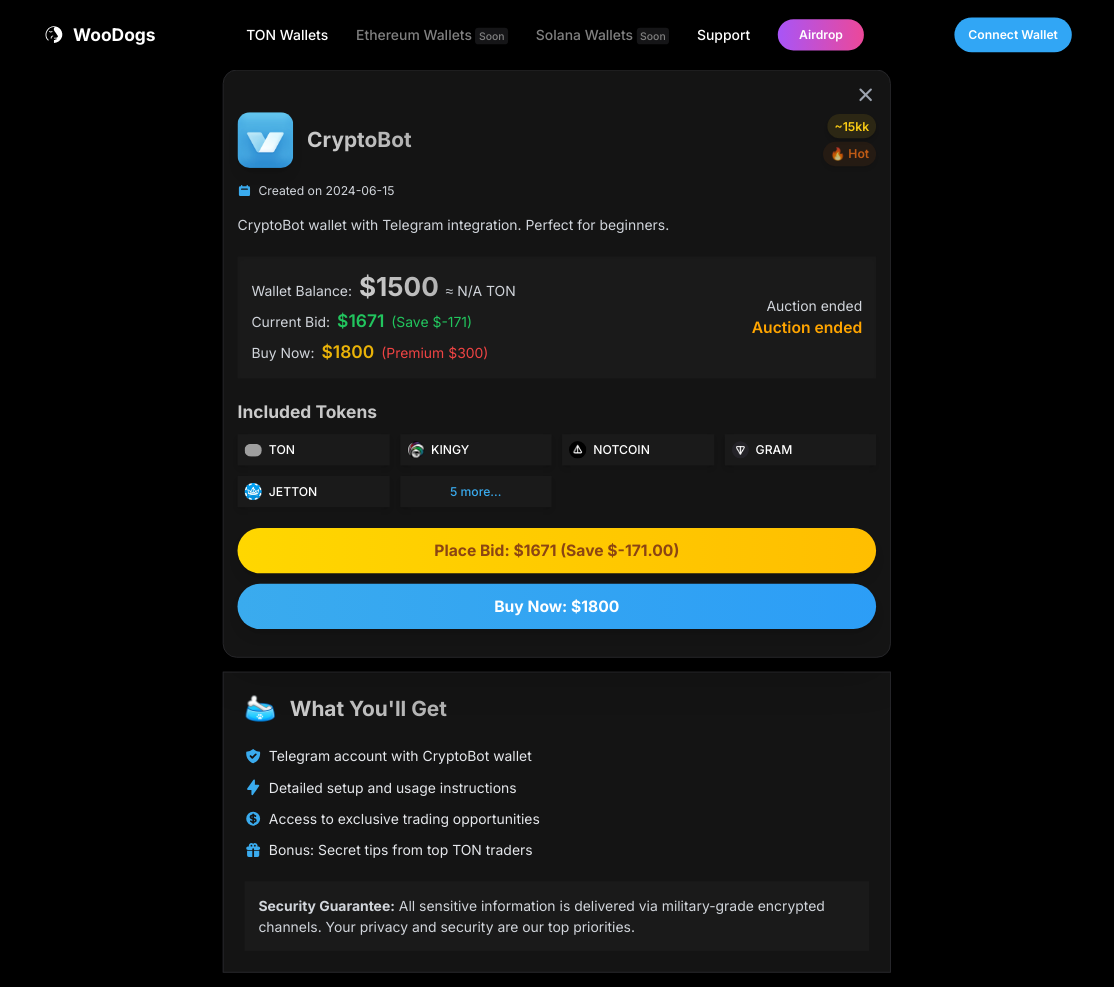
Repository: itititi/woofdogs_off
Page: /wallet/cryptobot-1
The author's editor kept a copy of each file at every save. The page is drawn from the files as they stood at one save, then again after the next save.
The browser window is 1280 px wide. The pictures show the whole page, at 87% of full size.
Pictures or frames that could not be fetched are drawn as grey boxes. The page's requests for data from a server got no answer. The project was rebuilt for these pictures with package versions that can differ from the ones it lists, and the page was loaded fresh each time. The framework's server and built-in components were replaced by stand-ins that run in the browser. No one was signed in, and anything a server would have sent is missing. Also part of the build but not shown: next.config.mjs.

Above is the page before, as saved 2024-10-25 22:46:20.

### src/app/layout.tsx
import type { Metadata } from "next";
import { Inter } from "next/font/google";
import "./globals.css";
import { SearchProvider } from '@/components/SearchContext';
import { LanguageProvider } from '@/contexts/LanguageContext';

const inter = Inter({ subsets: ["latin"] });

export const metadata: Metadata = {
  title: "WooDogs",
  description: "Buy and sell TON wallets",
};

export default function RootLayout({
  children,
}: Readonly<{
  children: React.ReactNode;
}>) {
  return (
    <html lang="en" className="bg-black">
      <head>
        <link rel="preload" href="/dogs.gif" as="image" />
        <link rel="preload" href="/invite.gif" as="image" />
        <link rel="preload" href="/flag.gif" as="image" />
        <link rel="preload" href="/history.gif" as="image" />
        <link rel="preload" href="/inside.gif" as="image" />
        <link rel="preload" href="/notfound.gif" as="image" />
        <link rel="preload" href="/dogs.webp" as="image" />
        <link rel="preload" href="/invite.webp" as="image" />
        <link rel="preload" href="/success.gif" as="image" />
      </head>
      <body className={`${inter.className} bg-black text-white min-h-screen overflow-x-hidden`}>
        <LanguageProvider>
          <SearchProvider>
            <div className="bg-black min-h-screen flex flex-col">
              {children}
            </div>
          </SearchProvider>
        </LanguageProvider>
      </body>
    </html>
  );
}

### src/app/wallet/[id]/page.tsx
'use client';

import React, { useEffect, useState, useMemo } from 'react';
import Image from 'next/image';
import { getWalletData } from '@/data/getWalletData';
import { useRouter } from 'next/navigation';
import Header from '@/components/Header';
import WalletSkeleton from '@/components/WalletSkeleton';
import { WalletOffer } from '@/data/walletOffers';

interface WalletPageProps {
  params: {
    id: string;
  };
}

const getWalletContents = (walletName: string) => {
  switch (walletName) {
    case 'CryptoBot':
      return "Telegram account with CryptoBot wallet";
    case 'TON Wallet':
      return "TON Wallet account";
    case 'TON Space':
      return "Seed phrases for TON Space wallet";
    default:
      return "Wallet account details";
  }
};

export default function WalletPage({ params }: WalletPageProps) {
  const [wallet, setWallet] = useState<WalletOffer | null>(null);
  const [tonAmount, setTonAmount] = useState<string>('N/A');
  const [isLoading, setIsLoading] = useState(true);
  const router = useRouter();
  const [timeLeft, setTimeLeft] = useState<string>('');
  const [isAuctionEnded, setIsAuctionEnded] = useState(false);
  const [bidPrice, setBidPrice] = useState<number | null>(null);
  const [blitzPrice, setBlitzPrice] = useState<number | null>(null);

  const additionalTokensCount = useMemo(() => {
    if (!wallet) return 5;
    // Используем id кошелька для генерации псевдослучайного числа
    const seed = params.id.split('').reduce((acc, char) => acc + char.charCodeAt(0), 0);
    return 5 + (seed % 6); // Генерируем число от 5 до 10
  }, [params.id, wallet]);

  const auctionEndTime = useMemo(() => {
    if (typeof window === 'undefined') return 0;
    const storedEndTime = localStorage.getItem(`auctionEndTime_${params.id}`);
    if (storedEndTime) {
      return parseInt(storedEndTime, 10);
    }
    // Если нет сохраненного времени, генерируем новое
    const seed = params.id.split('').reduce((acc, char) => acc + char.charCodeAt(0), 0);
    const random = Math.sin(seed) * 10000;
    const hours = Math.floor(random % 48); // От 0 до 47 часов
    const endTime = Date.now() + hours * 3600000;
    localStorage.setItem(`auctionEndTime_${params.id}`, endTime.toString());
    return endTime;
  }, [params.id]);

  useEffect(() => {
    const fetchData = async () => {
      setIsLoading(true);
      const walletData = await getWalletData(params.id);
      if (!walletData) {
        router.push('/404');
        return;
      }
      setWallet(walletData);

      const storedBidPrice = localStorage.getItem(`bidPrice_${params.id}`);
      if (storedBidPrice) {
        setBidPrice(parseFloat(storedBidPrice));
      } else {
        const newBidPrice = Math.round(walletData.priceUSD * (1.05 + Math.random() * 0.1)); // 105-115% от priceUSD
        setBidPrice(newBidPrice);
        localStorage.setItem(`bidPrice_${params.id}`, newBidPrice.toString());
      }

      try {
        const response = await fetch('https://api.coingecko.com/api/v3/simple/price?ids=the-open-network&vs_currencies=usd');
        const data = await response.json();
        const tonPrice = data['the-open-network'].usd;
        setTonAmount((walletData.priceUSD / tonPrice).toFixed(2));
      } catch (error) {
        console.error('Error fetching TON price:', error);
      }

      // Генерация цен
      const basePrice = walletData.priceUSD;
      setBlitzPrice(Math.round(basePrice * 1.2)); // Блиц-цена еще выше

      setIsLoading(false);
    };

    fetchData();
  }, [params.id, router]);

  useEffect(() => {
    const updateTimer = () => {
      const now = Date.now();
      const difference = auctionEndTime - now;

      if (difference <= 0) {
        setIsAuctionEnded(true);
        setTimeLeft('Auction ended');
      } else {
        const hours = Math.floor((difference / (1000 * 60 * 60)) % 24);
        const minutes = Math.floor((difference / 1000 / 60) % 60);
        const seconds = Math.floor((difference / 1000) % 60);
        setTimeLeft(`${hours.toString().padStart(2, '0')}:${minutes.toString().padStart(2, '0')}:${seconds.toString().padStart(2, '0')}`);
        setIsAuctionEnded(false);
      }
    };

    updateTimer();
    const timer = setInterval(updateTimer, 1000);

    return () => clearInterval(timer);
  }, [auctionEndTime]);

  const handleClose = () => {
    router.push('/');
  };

  if (isLoading) {
    return <WalletSkeleton />;
  }

  if (!wallet) {
    return null;
  }

  const walletContents = getWalletContents(wallet.name);

  return (
    <div className="min-h-screen bg-black text-white flex flex-col">
      <Header />
      <main className="flex-grow py-4 px-4 mt-16 overflow-y-auto">
        <div className="max-w-3xl mx-auto">
          <div className="bg-[#141414] rounded-2xl overflow-hidden shadow-2xl p-4 mb-4 border border-[#2A2A2E] relative">
            <div className="flex justify-end mb-2">
              <button
                onClick={handleClose}
                className="text-gray-400 hover:text-white transition-colors duration-200"
              >
                <svg xmlns="http://www.w3.org/2000/svg" className="h-6 w-6" viewBox="0 0 20 20" fill="currentColor">
                  <path fillRule="evenodd" d="M4.293 4.293a1 1 0 011.414 0L10 8.586l4.293-4.293a1 1 0 111.414 1.414L11.414 10l4.293 4.293a1 1 0 01-1.414 1.414L10 11.414l-4.293 4.293a1 1 0 01-1.414-1.414L8.586 10 4.293 5.707a1 1 0 010-1.414z" clipRule="evenodd" />
                </svg>
              </button>
            </div>
            <div className="flex items-center justify-between mb-4">
              <div className="flex items-center">
                <div className="w-16 h-16 rounded-[22%] overflow-hidden mr-4 shadow-lg">
                  <Image src={wallet.icon} alt={wallet.name} width={64} height={64} className="object-cover" />
                </div>
                <h1 className="text-2xl font-bold titanium-gradient">{wallet.name}</h1>
              </div>
              <div className="flex flex-col items-end">
                <span className="text-yellow-400 font-semibold text-sm bg-yellow-400/10 px-2 py-1 rounded-full shadow-md mb-1">
                  {wallet.priceRange}
                </span>
                {wallet.isHot ? (
                  <span className="text-orange-500 font-semibold text-sm bg-orange-500/10 px-2 py-1 rounded-full shadow-md animate-pulse">
                    🔥 Hot
                  </span>
                ) : (
                  <span className="text-green-500 font-semibold text-sm bg-green-500/10 px-2 py-1 rounded-full shadow-md">
                    🐸 Cool
                  </span>
                )}
              </div>
            </div>

            <div className="flex items-center text-gray-300 mb-4">
              <svg xmlns="http://www.w3.org/2000/svg" className="h-4 w-4 mr-2 text-[#3AABEE]" viewBox="0 0 20 20" fill="currentColor">
                <path fillRule="evenodd" d="M6 2a1 1 0 00-1 1v1H4a2 2 0 00-2 2v10a2 2 0 002 2h12a2 2 0 002-2V6a2 2 0 00-2-2h-1V3a1 1 0 10-2 0v1H7V3a1 1 0 00-1-1zm0 5a1 1 0 000 2h8a1 1 0 100-2H6z" clipRule="evenodd" />
              </svg>
              <span className="text-sm">Created on {wallet.createdAt}</span>
            </div>

            <p className="text-gray-300 text-base mb-6 leading-relaxed">{wallet.description}</p>

            <div className="flex flex-col sm:flex-row sm:justify-between sm:items-center mb-6 bg-[#1A1A1A] p-4 rounded-lg shadow-inner">
              <div className="mb-2 sm:mb-0">
                <div className="mb-2">
                  <span className="text-sm sm:text-base text-gray-300">Wallet Balance:</span>
                  <span className="text-2xl sm:text-3xl font-bold titanium-gradient ml-2">${wallet.priceUSD}</span>
                  <span className="text-sm sm:text-base text-gray-300 ml-2">
                    ≈ {tonAmount} TON
                  </span>
                </div>
                <div className="mb-2">
                  <span className="text-sm sm:text-base text-gray-300">Current Bid:</span>
                  <span className="text-lg sm:text-xl font-semibold text-green-500 ml-2">${bidPrice}</span>
                  <span className="text-sm sm:text-base text-green-500 ml-2">
                    (Save ${wallet.priceUSD - bidPrice})
                  </span>
                </div>
                <div>
                  <span className="text-sm sm:text-base text-gray-300">Buy Now:</span>
                  <span className="text-lg sm:text-xl font-semibold text-yellow-500 ml-2">${blitzPrice}</span>
                  <span className="text-sm sm:text-base text-red-500 ml-2">
                    (Premium ${blitzPrice - wallet.priceUSD})
                  </span>
                </div>
              </div>
              <div className="flex flex-col items-start sm:items-end">
                <span className="text-gray-300 text-sm sm:text-base">
                  {isAuctionEnded ? 'Auction ended' : 'Auction ends in:'}
                </span>
                <span className="font-semibold text-base sm:text-lg text-[#FFA500]">
                  {timeLeft}
                </span>
              </div>
            </div>

            {/* Tokens list */}
            <div className="mb-6">
              <h3 className="text-lg sm:text-xl font-bold titanium-gradient mb-3">Included Tokens</h3>
              <div className="grid grid-cols-3 sm:grid-cols-4 gap-2 sm:gap-3">
                {wallet.tokens.map((tokenData, index) => (
                  <div key={index} className="bg-[#1A1A1A] rounded-lg p-2 flex items-center shadow-md">
                    <Image
                      src={tokenData.token.logo}
                      alt={tokenData.token.name}
                      width={20}
                      height={20}
                      className="rounded-full mr-2"
                    />
                    <span className="font-medium text-xs sm:text-sm">{tokenData.token.symbol}</span>
                  </div>
                ))}
                <div className="bg-[#1A1A1A] rounded-lg p-2 flex items-center justify-center shadow-md">
                  <span className="font-medium text-xs sm:text-sm text-[#3AABEE]">
                    {additionalTokensCount} more...
                  </span>
                </div>
              </div>
            </div>

            <div className="flex flex-col gap-3 mb-4">
              <button
                className="w-full bg-gradient-to-r from-[#FFD700] to-[#FFA500] text-[#8B4513] text-lg font-bold py-3 px-6 rounded-full hover:brightness-110 transition-all duration-300 shadow-lg hover:shadow-xl"
              >
                Place Bid: ${bidPrice ?? 'N/A'} {bidPrice !== null && `(Save $${(wallet.priceUSD - bidPrice).toFixed(2)})`}
              </button>
              <button
                className="w-full bg-gradient-to-r from-[#3AABEE] to-[#1E90FF] text-white text-lg font-bold py-3 px-6 rounded-full hover:brightness-110 transition-all duration-300 shadow-lg hover:shadow-xl"
              >
                Buy Now: ${blitzPrice ?? 'N/A'}
              </button>
            </div>
          </div>

          {/* Card for wallet contents */}
          <div className="bg-[#141414] rounded-lg overflow-hidden shadow-2xl p-4 sm:p-6 border border-[#2A2A2E]">
            <div className="flex items-center mb-4 sm:mb-6">
              <Image
                src="/inside.gif"
                alt="What's Inside"
                width={36}
                height={36}
                className="mr-3 sm:mr-4"
              />
              <h2 className="text-xl sm:text-2xl font-bold titanium-gradient">What You'll Get</h2>
            </div>
            <ul className="space-y-3 text-gray-200 text-sm sm:text-base mb-6">
              <li className="flex items-center">
                <svg xmlns="http://www.w3.org/2000/svg" className="h-5 w-5 mr-2 text-[#3AABEE]" viewBox="0 0 20 20" fill="currentColor">
                  <path fillRule="evenodd" d="M2.166 4.999A11.954 11.954 0 0010 1.944 11.954 11.954 0 0017.834 5c.11.65.166 1.32.166 2.001 0 5.225-3.34 9.67-8 11.317C5.34 16.67 2 12.225 2 7c0-.682.057-1.35.166-2.001zm11.541 3.708a1 1 0 00-1.414-1.414L9 10.586 7.707 9.293a1 1 0 00-1.414 1.414l2 2a1 1 0 001.414 0l4-4z" clipRule="evenodd" />
                </svg>
                <span>{walletContents}</span>
              </li>
              <li className="flex items-center">
                <svg xmlns="http://www.w3.org/2000/svg" className="h-5 w-5 mr-2 text-[#3AABEE]" viewBox="0 0 20 20" fill="currentColor">
                  <path fillRule="evenodd" d="M11.3 1.046A1 1 0 0112 2v5h4a1 1 0 01.82 1.573l-7 10A1 1 0 018 18v-5H4a1 1 0 01-.82-1.573l7-10a1 1 0 011.12-.38z" clipRule="evenodd" />
                </svg>
                <span>Detailed setup and usage instructions</span>
              </li>
              <li className="flex items-center">
                <svg xmlns="http://www.w3.org/2000/svg" className="h-5 w-5 mr-2 text-[#3AABEE]" viewBox="0 0 20 20" fill="currentColor">
                  <path d="M8.433 7.418c.155-.103.346-.196.567-.267v1.698a2.305 2.305 0 01-.567-.267C8.07 8.34 8 8.114 8 8c0-.114.07-.34.433-.582zM11 12.849v-1.698c.22.071.412.164.567.267.364.243.433.468.433.582 0 .114-.07.34-.433.582a2.305 2.305 0 01-.567.267z" />
                  <path fillRule="evenodd" d="M10 18a8 8 0 100-16 8 8 0 000 16zm1-13a1 1 0 10-2 0v.092a4.535 4.535 0 00-1.676.662C6.602 6.234 6 7.009 6 8c0 .99.602 1.765 1.324 2.246.48.32 1.054.545 1.676.662v1.941c-.391-.127-.68-.317-.843-.504a1 1 0 10-1.51 1.31c.562.649 1.413 1.076 2.353 1.253V15a1 1 0 102 0v-.092a4.535 4.535 0 001.676-.662C13.398 13.766 14 12.991 14 12c0-.99-.602-1.765-1.324-2.246A4.535 4.535 0 0011 9.092V7.151c.391.127.68.317.843.504a1 1 0 101.511-1.31c-.563-.649-1.413-1.076-2.354-1.253V5z" clipRule="evenodd" />
                </svg>
                <span>Access to exclusive trading opportunities</span>
              </li>
              <li className="flex items-center">
                <svg xmlns="http://www.w3.org/2000/svg" className="h-5 w-5 mr-2 text-[#3AABEE]" viewBox="0 0 20 20" fill="currentColor">
                  <path fillRule="evenodd" d="M5 5a3 3 0 015-2.236A3 3 0 0114.83 6H16a2 2 0 110 4h-5V9a1 1 0 10-2 0v1H4a2 2 0 110-4h1.17C5.06 5.687 5 5.35 5 5zm4 1V5a1 1 0 10-1 1h1zm3 0a1 1 0 10-1-1v1h1z" clipRule="evenodd" />
                  <path d="M9 11H3v5a2 2 0 002 2h4v-7zM11 18h4a2 2 0 002-2v-5h-6v7z" />
                </svg>
                <span>Bonus: Secret tips from top TON traders</span>
              </li>
            </ul>
            <p className="text-gray-300 text-sm sm:text-base bg-[#1A1A1A] p-3 sm:p-4 rounded-lg">
              <strong>Security Guarantee:</strong> All sensitive information is delivered via military-grade encrypted channels. Your privacy and security are our top priorities.
            </p>
          </div>
        </div>
      </main>
      <style jsx global>{`
        .titanium-gradient {
          background: linear-gradient(
            45deg,
            #E8E8E8,
            #D3D3D3,
            #BEBEBE,
            #A9A9A9
          );
          background-size: 200% 200%;
          -webkit-background-clip: text;
          background-clip: text;
          color: transparent;
          animation: titanium 10s ease infinite;
        }

        @keyframes titanium {
          0% {
            background-position: 0% 50%;
          }
          50% {
            background-position: 100% 50%;
          }
          100% {
            background-position: 0% 50%;
          }
        }
      `}</style>
    </div>
  );
}

### src/components/SearchContext.tsx
'use client';

import React, { createContext, useState, useContext, ReactNode } from 'react';

interface SearchContextType {
  searchTerm: string;
  setSearchTerm: (term: string) => void;
}

const SearchContext = createContext<SearchContextType | undefined>(undefined);

export const SearchProvider: React.FC<{ children: ReactNode }> = ({ children }) => {
  const [searchTerm, setSearchTerm] = useState('');

  return (
    <SearchContext.Provider value={{ searchTerm, setSearchTerm }}>
      {children}
    </SearchContext.Provider>
  );
};

export const useSearch = () => {
  const context = useContext(SearchContext);
  if (context === undefined) {
    throw new Error('useSearch must be used within a SearchProvider');
  }
  return context;
};

### src/data/getWalletData.ts
import { finalWalletOffers, WalletOffer } from './walletOffers';

export async function getWalletData(id: string): Promise<WalletOffer | null> {
  // Имитация задержки запроса к API
  await new Promise(resolve => setTimeout(resolve, 100));

  const wallet = finalWalletOffers.find(offer => offer.id === id);
  return wallet || null;
}

### src/data/tonTokens.ts
export interface TonToken {
  symbol: string;
  name: string;
  logo: string;
}

export const tonTokens: TonToken[] = [
  { symbol: 'TON', name: 'Toncoin', logo: 'https://ton.org/download/ton_symbol.png' },
  { symbol: 'KINGY', name: 'Kingycoin', logo: 'https://placehold.co/32x32?text=KINGY' },
  { symbol: 'NOTCOIN', name: 'Notcoin', logo: 'https://placehold.co/32x32?text=NOTCOIN' },
  { symbol: 'BOLT', name: 'Bolt', logo: 'https://placehold.co/32x32?text=BOLT' },
  { symbol: 'GRAM', name: 'Gram', logo: 'https://placehold.co/32x32?text=GRAM' },
  { symbol: 'JETTON', name: 'Jetton', logo: 'https://placehold.co/32x32?text=JETTON' },
  { symbol: 'TONEX', name: 'TonEx', logo: 'https://placehold.co/32x32?text=TONEX' },
  { symbol: 'SCALE', name: 'Scale', logo: 'https://placehold.co/32x32?text=SCALE' },
  { symbol: 'ORBIT', name: 'Orbit', logo: 'https://placehold.co/32x32?text=ORBIT' },
  { symbol: 'TEGRO', name: 'Tegro', logo: 'https://placehold.co/32x32?text=TEGRO' },
  // Добавьте еще токены по необходимости
];

Loaded but not shown: src/components/Header.tsx (211 lines, source omitted); src/app/globals.css (349 lines, source omitted); src/data/walletOffers.ts (183 lines, source omitted); src/components/WalletSkeleton.tsx (77 lines, source omitted); tailwind.config.ts (82 lines, source omitted); src/contexts/LanguageContext.tsx (43 lines, source omitted)

After the next save:
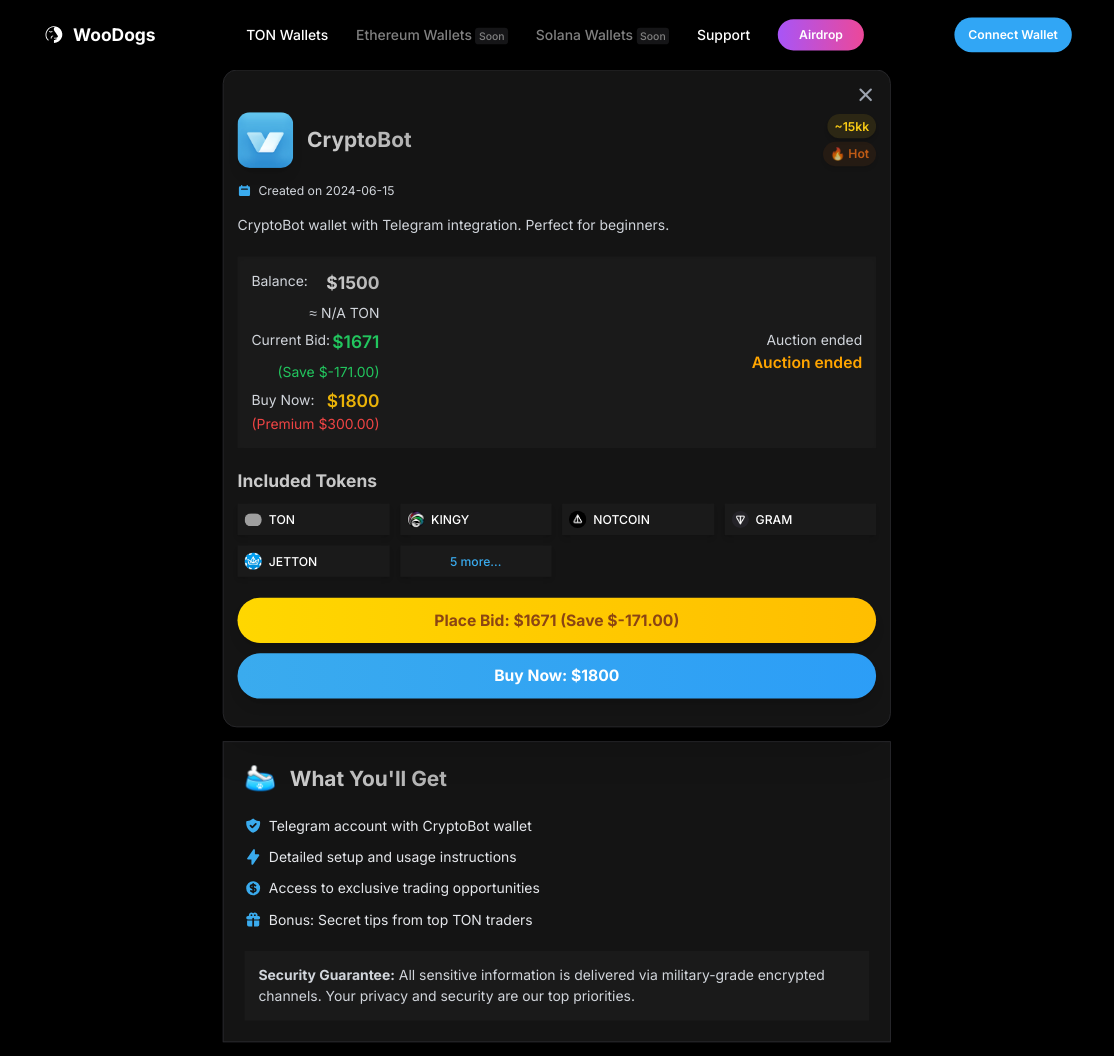
Saved 3 min 53 s later.
--- a/src/app/wallet/[id]/page.tsx
+++ b/src/app/wallet/[id]/page.tsx
@@ -183,30 +183,34 @@
             <p className="text-gray-300 text-base mb-6 leading-relaxed">{wallet.description}</p>
 
             <div className="flex flex-col sm:flex-row sm:justify-between sm:items-center mb-6 bg-[#1A1A1A] p-4 rounded-lg shadow-inner">
-              <div className="mb-2 sm:mb-0">
-                <div className="mb-2">
-                  <span className="text-sm sm:text-base text-gray-300">Wallet Balance:</span>
-                  <span className="text-2xl sm:text-3xl font-bold titanium-gradient ml-2">${wallet.priceUSD}</span>
-                  <span className="text-sm sm:text-base text-gray-300 ml-2">
-                    ≈ {tonAmount} TON
-                  </span>
-                </div>
-                <div className="mb-2">
+              <div className="mb-2 sm:mb-0 flex flex-col">
+                <div className="mb-2 flex justify-between">
+                  <span className="text-sm sm:text-base text-gray-300">Balance:</span>
+                  <span className="text-lg sm:text-xl font-bold titanium-gradient">${wallet.priceUSD}</span>
+                </div>
+                <div className="mb-2 text-sm sm:text-base text-gray-300 text-right">
+                  ≈ {tonAmount} TON
+                </div>
+                <div className="mb-2 flex justify-between">
                   <span className="text-sm sm:text-base text-gray-300">Current Bid:</span>
-                  <span className="text-lg sm:text-xl font-semibold text-green-500 ml-2">${bidPrice}</span>
-                  <span className="text-sm sm:text-base text-green-500 ml-2">
-                    (Save ${wallet.priceUSD - bidPrice})
-                  </span>
-                </div>
-                <div>
+                  <span className="text-lg sm:text-xl font-semibold text-green-500">${bidPrice ?? 'N/A'}</span>
+                </div>
+                {bidPrice !== null && (
+                  <div className="mb-2 text-sm sm:text-base text-green-500 text-right">
+                    (Save ${(wallet.priceUSD - bidPrice).toFixed(2)})
+                  </div>
+                )}
+                <div className="flex justify-between">
                   <span className="text-sm sm:text-base text-gray-300">Buy Now:</span>
-                  <span className="text-lg sm:text-xl font-semibold text-yellow-500 ml-2">${blitzPrice}</span>
-                  <span className="text-sm sm:text-base text-red-500 ml-2">
-                    (Premium ${blitzPrice - wallet.priceUSD})
-                  </span>
-                </div>
-              </div>
-              <div className="flex flex-col items-start sm:items-end">
+                  <span className="text-lg sm:text-xl font-semibold text-yellow-500">${blitzPrice ?? 'N/A'}</span>
+                </div>
+                {blitzPrice !== null && (
+                  <div className="text-sm sm:text-base text-red-500 text-right">
+                    (Premium ${(blitzPrice - wallet.priceUSD).toFixed(2)})
+                  </div>
+                )}
+              </div>
+              <div className="flex flex-col items-start sm:items-end justify-center">
                 <span className="text-gray-300 text-sm sm:text-base">
                   {isAuctionEnded ? 'Auction ended' : 'Auction ends in:'}
                 </span>
